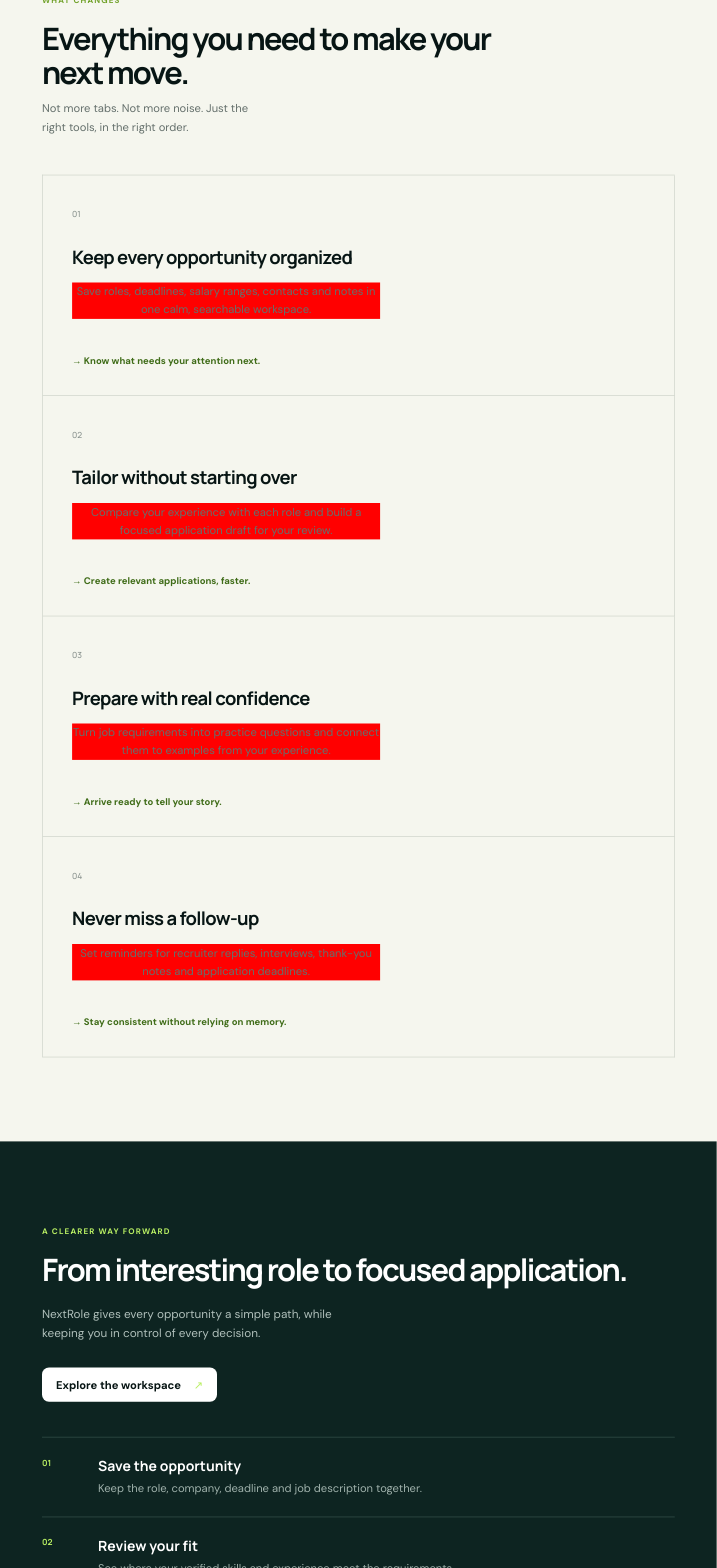
Repository: Lovethrech/NextRole-Nuxt-Portfolio
Page: /
An editor plug-in stored every save of this project. The page is shown before and after the next save, followed by the edit.
The browser window is 1024 px wide. The pictures show the part of the page from y = 1952 to 4192 px (the page is 7270 px tall before and 6640 px after), at 70% of full size.
The project was rebuilt for these pictures with package versions that can differ from the ones it lists, and the page was loaded fresh each time. The framework's server and built-in components were replaced by stand-ins that run in the browser. Also part of the build but not shown: nuxt.config.js.

Above is the page before, as saved 2026-09-12 17:21:42.

After the next save:
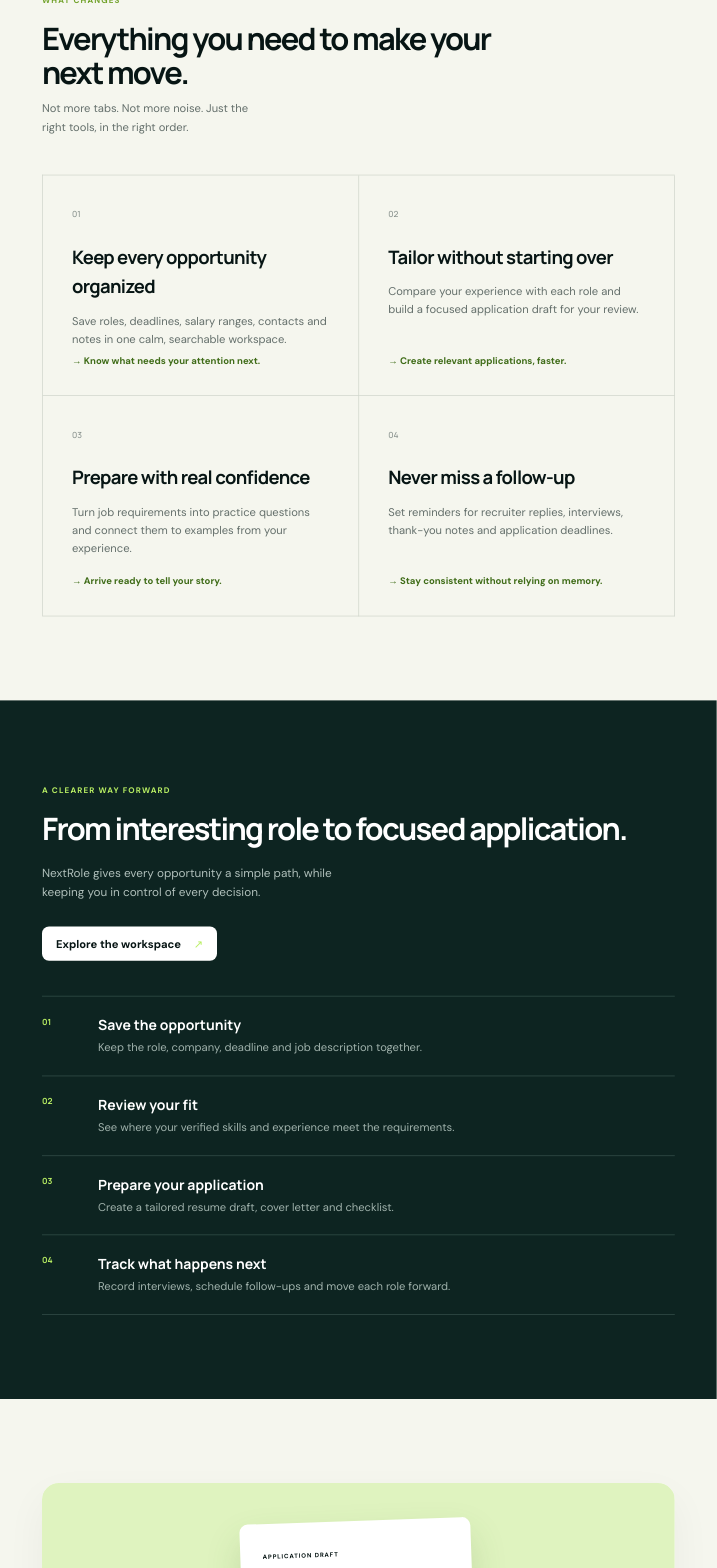
Saved 9 s later.
--- a/assets/css/main.css
+++ b/assets/css/main.css
@@ -593,13 +593,6 @@
     }
     .section-heading{display:block;
     }
-    .benefit-grid{grid-template-columns:1fr;
-    }
-    .benefit-card p{
-        background-color: red;
-        text-align: center;
-        width: 100%;
-    }
     .control-card{grid-template-columns:1fr;
     }
     .control-visual{min-height:420px;
